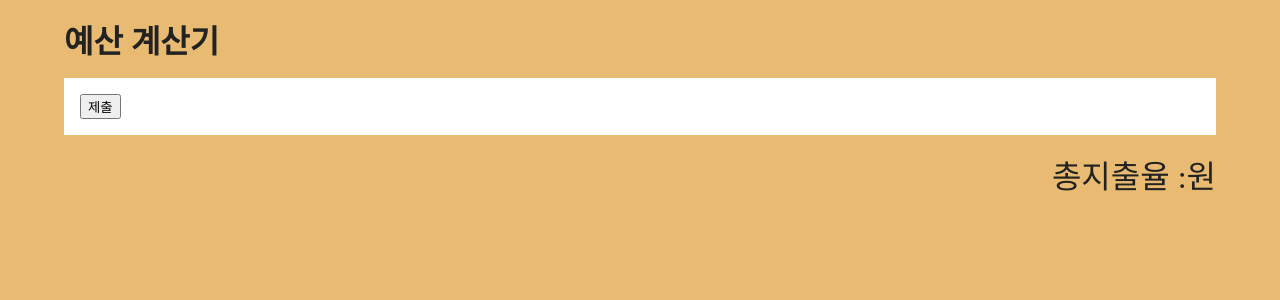
Repository: jongheonleee/budget_calculator
Page: /
These files come from the project's save history. The page is drawn as it stood at one moment and after the next save; the edit follows.
The browser window is 1280 px wide. The pictures show the whole page.
The project was rebuilt for these pictures with package versions that can differ from the ones it lists, and the page was loaded fresh each time.

Above is the page before, as saved 2025-02-07 21:41:24.

### src/index.css
:root {
  --primaryColor : #90A959;
  --secondColor : #e9bb72;
  --mainWhite : #fff;
  --mainBlack : #222;
  --mainRed : #C45151;
  --mainGreen : #4CAF50;
}

* {
  margin: 0;
  box-sizing: border-box;
}

body {
  background: var(--secondColor);
  color: var(--mainBlack);
}

h1 {
  margin: 1rem 0;
}

### src/App.js
import { Component } from "react";
import "./App.css";
import ExpenseForm from "./components/ExpenseForm";


class App extends Component {

  render() {
    return (
      <main className="main-container">
        <h1>예산 계산기</h1>

        <div style={{ width:'100%', backgroundColor : 'white', padding: '1rem'}}>
          <ExpenseForm />
        </div>

        <div style={{ display : 'flex', justifyContent: 'end', marginTop: '1rem'}}>
          <p style={{ fontSize : '2rem'}}>
            총지출율 :
            <span>원</span>
          </p>
        </div>
      </main>
    )
  }
}

export default App;

### src/components/ExpenseForm.js
import React, { Component } from 'react'

export class ExpenseForm extends Component {
  render() {
    return (
      <form>
        <div>
            <div className='form-center'>
                <div className='form-group'></div>
                <div className='form-group'></div>
            </div>
        </div>

        <button tpye='submit' className='btn'>
            제출
        </button>
      </form>
    )
  }
}

export default ExpenseForm

Loaded but not shown: public/index.html (common file); src/index.js (common file); src/reportWebVitals.js (common file); src/App.css (common file)

After the next save:
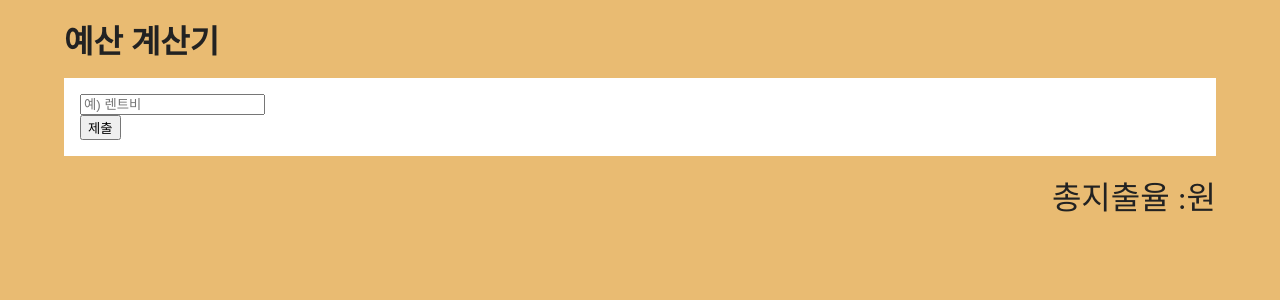
Saved 110 s later.
--- a/src/components/ExpenseForm.js
+++ b/src/components/ExpenseForm.js
@@ -6,7 +6,15 @@ export class ExpenseForm extends Component {
       <form>
         <div>
             <div className='form-center'>
-                <div className='form-group'></div>
+                <div className='form-group'>
+                    <input
+                        type='text'
+                        className='form-control'
+                        id='charge'
+                        name='charge'
+                        placeholder='예) 렌트비'
+                    />
+                </div>
                 <div className='form-group'></div>
             </div>
         </div>
